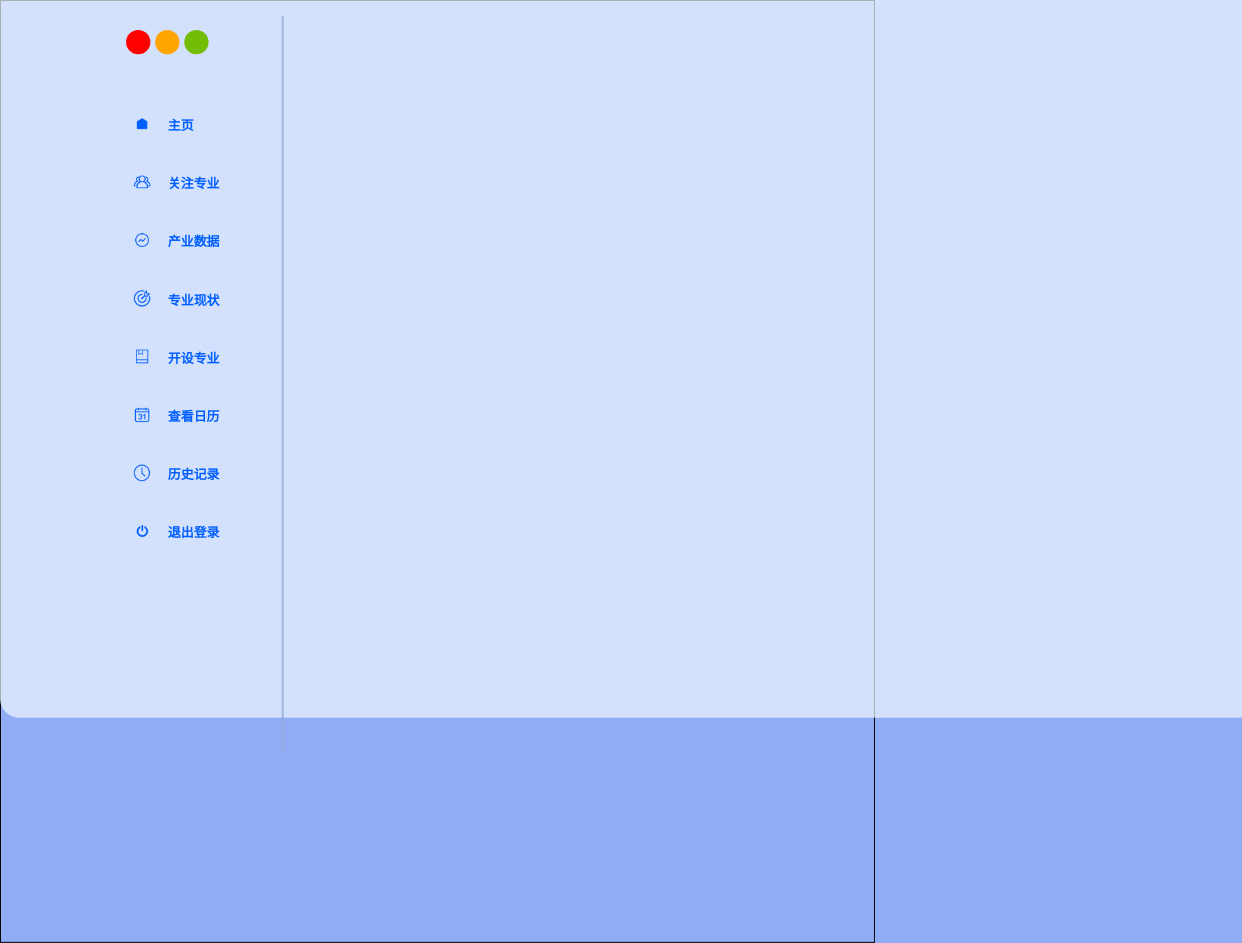
Repository: akaCSDN/test
Page: 2.1主页.html
An editor plug-in stored every save of this project. The page is shown before and after a run of saves, followed by the edit.
The browser window is 1280 px wide. The pictures show the whole page, at 97% of full size.

Above is the page before, as saved 2022-12-03 22:02:01.

### 2.1主页.html
<!DOCTYPE html>
<html lang="en">
<head>
    <meta charset="UTF-8">
    <meta http-equiv="X-UA-Compatible" content="IE=edge">
    <meta name="viewport" content="width=device-width, initial-scale=1.0,minimum-scale=1.0,maximum-scale=1.0,user-scal=no">
    <title>Document</title>
    <script src="./JS/jquery-3.6.0.js"></script>
    <style type="text/css">
        *{
            margin: 0;
            padding: 0;
            border: 0;
        }
        .main{
            width: 1300px;
            height: 760px;
            /* border: 1px solid black; */
            border-radius: 20px;
            background-color: aliceblue;
            opacity: 0.7;
            position: fixed;
            top: 0;
            right: 0;
            bottom: 0;
            left: 0;
            margin: auto;

        }
        .left{
            width: 190px;
            height: 760px;
            border-radius: 20px 0px 0px 20px;
            border-right: 3px solid rgba(146, 169, 213, 0.622);
            /* border: 1px solid black; */
            position: absolute;
            margin-left: 100px;
            margin-top: 16px;
            position: fixed;
        }
        .circle-point{
            width: 100px;
            height: 30px;
            /* border: 1px solid black; */
            margin-left: 25px;
            margin-top: 15px;
        }
        .circle-point div{
            width: 25px;
            height: 25px;
            border-radius: 100% 100% 100% 100%;
            float: left;
            opacity: 1;
            /* position: absolute; */
            margin-left: 5px;

        }
        .button{
            width: auto;
            height: auto;
            /* border: 1px solid black; */
            margin-top: 50px;


        }
        .button li{
            list-style-type: none;
            /* border: 1px solid black; */
            margin-top: 25px;
            width: 150px;
            margin-left: 13px;
            border-radius: 10px;
            /* background-color: rgb(255, 255, 255); */
            /* display:none ; */

        }
        .button button{
            width: 90px;
            height: 35px;
            text-align: left;
            margin-left: 60px;
            /* color: rgba(0, 94, 255, 0.909); */
            color: #005EFF;
            font-weight: 600;
            /* margin-top: 30px; */
            background: none;
            pointer-events: fill;


        }
        .button img{
            width: 17px;
            height: 17px;
            position: absolute;
            margin-top: 8px;
            margin-left: 25px;
        }
        .right{
            width: 900px;
            height: 970px;
            border: 1px solid black;
            /* background-color: rgb(78, 252, 252); */
        }
    </style>
</head>
<body style="background-color: rgb(144, 172, 244);">

    <div class="main">
    </div>
    <div class="left">
        <div class="circle-point">
            <div style="background-color: red;"></div>
            <div style="background-color: orange;"></div>
            <div style="background-color:rgb(116, 189, 7);"></div>
        </div>
        <div class="button">
                <li><img src="./icon/主页.png" alt=""><button>主页</button></li>
                <li><img src="./icon/专业.png" alt=""><button>关注专业</button></li>
                <li><img src="./icon/数据.png" alt=""><button>产业数据</button></li>
                <li><img src="./icon/现状.png" alt=""><button>专业现状</button></li>
                <li><img src="./icon/开设.png" alt=""><button>开设专业</button></li>
                <li><img src="./icon/日历.png" alt=""><button>查看日历</button></li>
                <li><img src="./icon/历史.png" alt=""><button>历史记录</button></li>
                <li><img src="./icon/退出.png" alt=""><button>退出登录</button></li>
        </div>
    </div>
    <div class="right">

    </div>


</body>
<script>
    $(document).ready(function(){
            $(".button li").mouseover(function(){
                $(this).css("background-color","white")


        })

        $(".button li").mouseleave(function(){
                $(this).css("background","none")
        })
        $(".button li").click(function(){
            var name=$(this).text();
            switch (name) {
                case '关注专业':

                    break;

                default:
                    break;
            }
        })

    })
</script>
</html>

Loaded but not shown: JS/jquery-3.6.0.js (library)

After the next 2 saves:
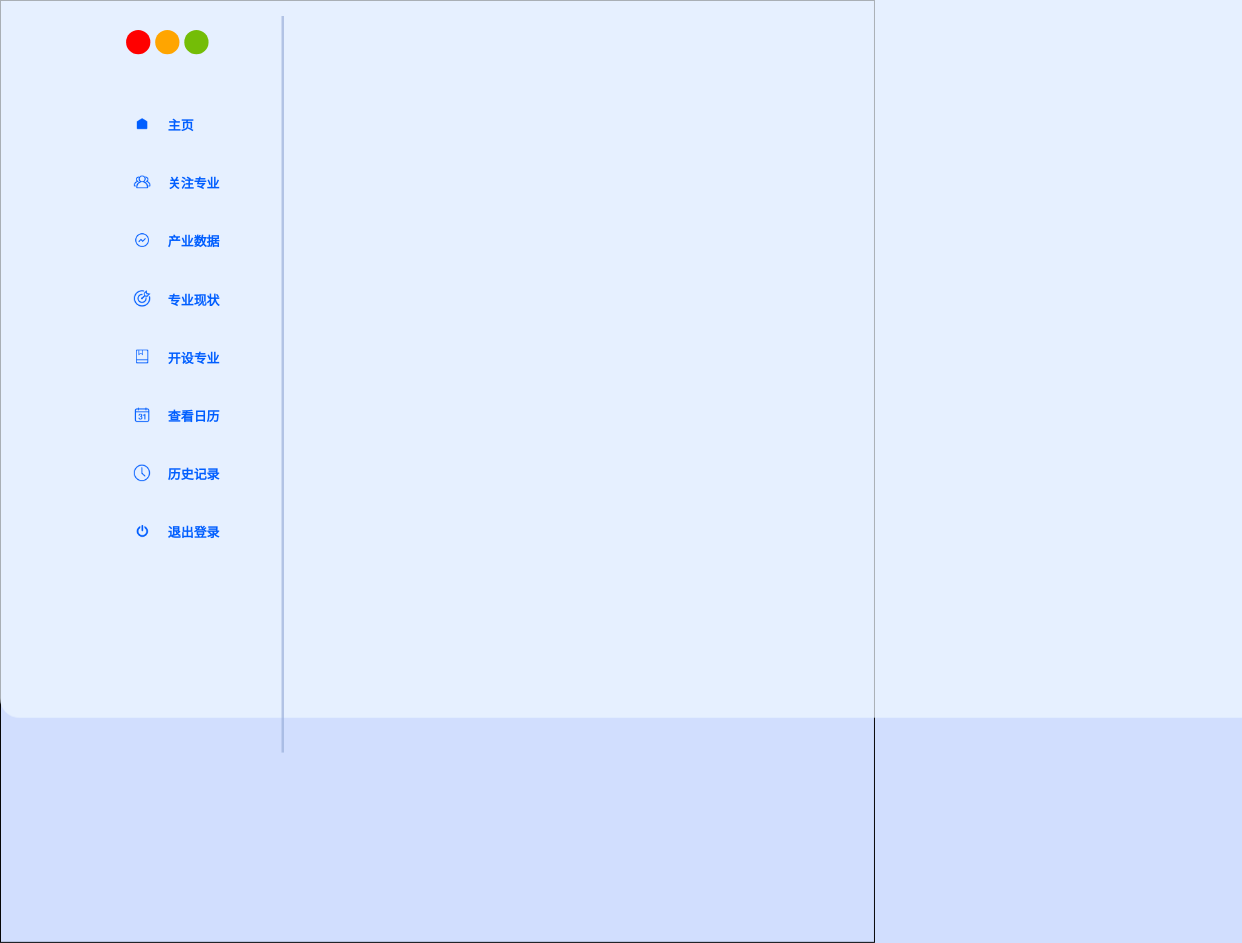
The 2 saves are shown as one change because they came seconds apart.
The last was saved 20 s later.
--- a/2.1主页.html
+++ b/2.1主页.html
@@ -103,7 +103,7 @@
         }
     </style>
 </head>
-<body style="background-color: rgb(144, 172, 244);">
+<body style="background-color: rgb(209, 222, 254);">
 
     <div class="main">
     </div>
